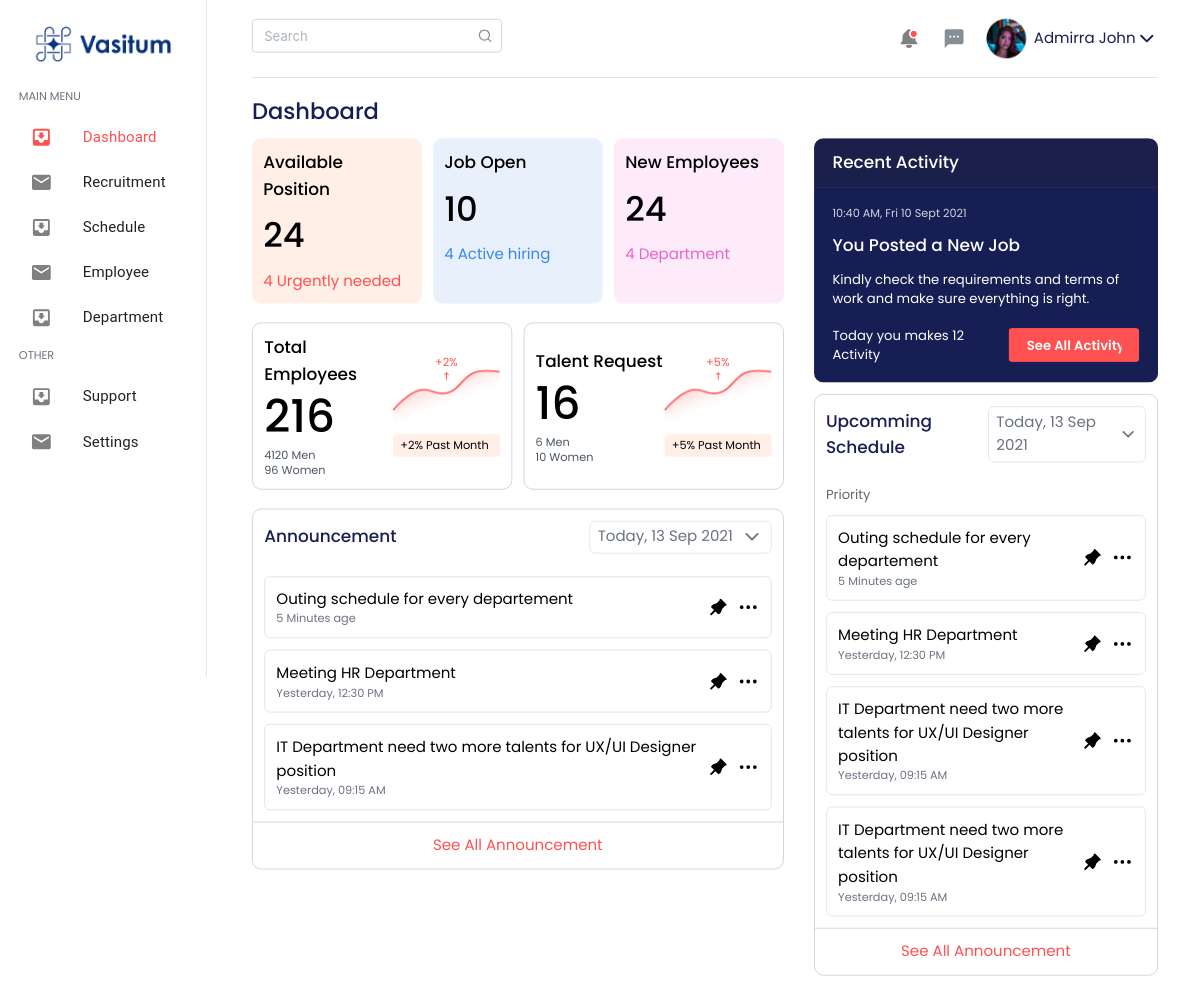
Repository: SatyaDewangan05/sample-dashboard
Page: /
These files come from the project's save history. The page is drawn as it stood at one moment and after a run of saves; the edit follows.
The browser window is 1280 px wide. The pictures show the whole page, at 94% of full size.
The project was rebuilt for these pictures with package versions that can differ from the ones it lists, and the page was loaded fresh each time. The framework's server and built-in components were replaced by stand-ins that run in the browser. Also part of the build but not shown: next.config.mjs.

Above is the page before, as saved 2024-09-22 09:19:40.

### src/app/layout.js
import localFont from "next/font/local";
import "./globals.css";
import { MantineProvider } from "@mantine/core";
import "@mantine/core/styles.css";

const geistSans = localFont({
  src: "./fonts/GeistVF.woff",
  variable: "--font-geist-sans",
  weight: "100 900",
});
const geistMono = localFont({
  src: "./fonts/GeistMonoVF.woff",
  variable: "--font-geist-mono",
  weight: "100 900",
});

import { Poppins } from "next/font/google";
const poppins = Poppins({
  weight: ["400", "500", "600", "700"], // You can choose different weights like '300', '500' etc.
  subsets: ["latin"],
});

export const metadata = {
  title: "Create Next App",
  description: "Generated by create next app",
};

export default function RootLayout({ children }) {
  return (
    <html lang="en">
      <body className={`${poppins.className} antialiased bg-white`}>
        <MantineProvider>{children}</MantineProvider>
      </body>
    </html>
  );
}

### src/app/page.jsx
"use client";

import Image from "next/image";
import MiniDrawer from "./components/Drawer";
import {
  ActionIcon,
  Anchor,
  Avatar,
  Button,
  Divider,
  Indicator,
  TextInput,
  Title,
} from "@mantine/core";
import { Search } from "lucide-react";
import {
  IconBellFilled,
  IconChevronCompactDown,
  IconChevronDown,
  IconDots,
  IconPinFilled,
} from "@tabler/icons-react";
import TextsmsIcon from "@mui/icons-material/Textsms";
import DP from "@/images/dp.png";
import ThreeData from "./components/card/ThreeData";
import DetailChart from "./components/card/DetailChart";
import Event from "./components/card/Event";

export default function Home() {
  return (
    <div className="flex">
      <MiniDrawer />
      <div className="w-full px-12">
        {/* Top Bar */}
        <div className="w-full py-5 flex justify-between">
          <TextInput placeholder="Search" rightSection={<Search size={16} />} />
          <div className="flex items-center gap-5">
            <ActionIcon
              variant="transparent"
              color="gray"
              // c="black"
              aria-label="Settings"
            >
              <Indicator color="#FF5151" offset={7} withBorder>
                <IconBellFilled color="gray" />
              </Indicator>
            </ActionIcon>
            <ActionIcon
              variant="transparent"
              color="gray"
              // c="black"
              aria-label="Settings"
            >
              <TextsmsIcon color="gray" />
            </ActionIcon>
            <div className="flex gap-2 items-center">
              <Image src={DP} />
              <Anchor
                href="https://mantine.dev/"
                target="_blank"
                underline="never"
                c="#161E54"
              >
                <div className="flex items-center">
                  Admirra John
                  <IconChevronDown />
                </div>
              </Anchor>
            </div>
          </div>
        </div>

        <Divider />

        <div className="w-full py-5">
          <p className="text-2xl font-medium text-[#161E54]">Dashboard</p>
          <div className="py-3 grid grid-cols-5 gap-8">
            <div className="col-span-3 flex flex-col gap-5">
              <div className="grid grid-cols-3 gap-3">
                <ThreeData
                  heading="Available Position"
                  figure={24}
                  text="4 Urgently needed"
                  bgColor="#FFEFE7"
                  textColor="#FF5151"
                />
                <ThreeData
                  heading="Job Open"
                  figure={10}
                  text="4 Active hiring"
                  bgColor="#E8F0FB"
                  textColor="#3786F1"
                />
                <ThreeData
                  heading="New Employees"
                  figure={24}
                  text="4 Department"
                  bgColor="#FDEBF9"
                  textColor="#EE61CF"
                />
              </div>
              <div className="grid grid-cols-2 gap-3">
                <DetailChart
                  heading="Total Employees"
                  figure={216}
                  texts={["4120 Men", "96 Women"]}
                  variation="+2%"
                />
                <DetailChart
                  heading="Talent Request"
                  figure={16}
                  texts={["6 Men", "10 Women"]}
                  variation="+5%"
                />
              </div>

              <div className="rounded-[10px] border border-gray-300">
                <div className="p-3 flex justify-between items-center">
                  <p className="text-lg font-medium text-[#161E54]">
                    Announcement
                  </p>
                  <div className="px-2 py-1 rounded-md border border-gray-200 flex items-center gap-2 text-gray-500">
                    <p>Today, 13 Sep 2021</p>
                    <IconChevronDown />
                  </div>
                </div>
                <div className="p-3 flex flex-col gap-3">
                  <Event
                    text="Outing schedule for every departement"
                    lastUpdate="5 Minutes age"
                  />
                  <Event
                    text="Meeting HR Department"
                    lastUpdate="Yesterday, 12:30 PM"
                  />
                  <Event
                    text="IT Department need two more talents for UX/UI Designer position"
                    lastUpdate="Yesterday, 09:15 AM"
                  />
                </div>
                <Divider color="#d1d5db" />
                <div className="p-3 text-[#FF5151] text-center hover:text-opacity-60 hover:cursor-pointer">
                  {" "}
                  See All Announcement
                </div>
              </div>
            </div>
            <div className="col-span-2 flex flex-col gap-3">
              <div className="rounded-[10px] overflow-hidden text-white">
                <p className="px-5 py-3 text-lg font-medium bg-[#1B204A]">
                  Recent Activity
                </p>
                <div className="p-5 bg-[#161E54]">
                  <p className="text-xs text-gray-300">
                    10:40 AM, Fri 10 Sept 2021
                  </p>
                  <p className="mt-3 text-lg font-medium">
                    You Posted a New Job
                  </p>
                  <p className="mt-3 text-sm">
                    Kindly check the requirements and terms of work and make
                    sure everything is right.
                  </p>
                  <div className="mt-5 flex justify-between items-center">
                    <p className="text-sm">Today you makes 12 Activity</p>
                    <Button color="#FF5151" c="white">
                      See All Activity
                    </Button>
                  </div>
                </div>
              </div>
              <div className="rounded-[10px] border border-gray-300">
                <div className="p-3 flex justify-between items-center">
                  <p className="text-lg font-medium text-[#161E54]">
                    Upcomming Schedule
                  </p>
                  <div className="px-2 py-1 rounded-md border border-gray-200 flex items-center gap-2 text-gray-500">
                    <p>Today, 13 Sep 2021</p>
                    <IconChevronDown />
                  </div>
                </div>
                <div className="p-3 flex flex-col gap-3">
                  <p className="text-sm text-[#686868]">Priority</p>
                  <Event
                    text="Outing schedule for every departement"
                    lastUpdate="5 Minutes age"
                  />
                  <Event
                    text="Meeting HR Department"
                    lastUpdate="Yesterday, 12:30 PM"
                  />
                  <Event
                    text="IT Department need two more talents for UX/UI Designer position"
                    lastUpdate="Yesterday, 09:15 AM"
                  />
                  <Event
                    text="IT Department need two more talents for UX/UI Designer position"
                    lastUpdate="Yesterday, 09:15 AM"
                  />
                </div>
                <Divider color="#d1d5db" />
                <div className="p-3 text-[#FF5151] text-center hover:text-opacity-60 hover:cursor-pointer">
                  {" "}
                  See All Announcement
                </div>
              </div>
            </div>
          </div>
        </div>
      </div>
    </div>
  );
}

### src/app/globals.css
@tailwind base;
@tailwind components;
@tailwind utilities;

:root {
  --background: #ffffff;
  --foreground: #171717;
}

/* @media (prefers-color-scheme: dark) {
  :root {
    --background: #0a0a0a;
    --foreground: #ededed;
  }
} */

body {
  color: var(--foreground);
  background: var(--background);
  font-family: Arial, Helvetica, sans-serif;
}

@layer utilities {
  .text-balance {
    text-wrap: balance;
  }
}

@layer base {
  :root {
    --background: 0 0% 100%;
    --foreground: 0 0% 3.9%;
    --card: 0 0% 100%;
    --card-foreground: 0 0% 3.9%;
    --popover: 0 0% 100%;
    --popover-foreground: 0 0% 3.9%;
    --primary: 0 0% 9%;
    --primary-foreground: 0 0% 98%;
    --secondary: 0 0% 96.1%;
    --secondary-foreground: 0 0% 9%;
    --muted: 0 0% 96.1%;
    --muted-foreground: 0 0% 45.1%;
    --accent: 0 0% 96.1%;
    --accent-foreground: 0 0% 9%;
    --destructive: 0 84.2% 60.2%;
    --destructive-foreground: 0 0% 98%;
    --border: 0 0% 89.8%;
    --input: 0 0% 89.8%;
    --ring: 0 0% 3.9%;
    --chart-1: 12 76% 61%;
    --chart-2: 173 58% 39%;
    --chart-3: 197 37% 24%;
    --chart-4: 43 74% 66%;
    --chart-5: 27 87% 67%;
    --radius: 0.5rem;
  }
  .dark {
    --background: 0 0% 3.9%;
    --foreground: 0 0% 98%;
    --card: 0 0% 3.9%;
    --card-foreground: 0 0% 98%;
    --popover: 0 0% 3.9%;
    --popover-foreground: 0 0% 98%;
    --primary: 0 0% 98%;
    --primary-foreground: 0 0% 9%;
    --secondary: 0 0% 14.9%;
    --secondary-foreground: 0 0% 98%;
    --muted: 0 0% 14.9%;
    --muted-foreground: 0 0% 63.9%;
    --accent: 0 0% 14.9%;
    --accent-foreground: 0 0% 98%;
    --destructive: 0 62.8% 30.6%;
    --destructive-foreground: 0 0% 98%;
    --border: 0 0% 14.9%;
    --input: 0 0% 14.9%;
    --ring: 0 0% 83.1%;
    --chart-1: 220 70% 50%;
    --chart-2: 160 60% 45%;
    --chart-3: 30 80% 55%;
    --chart-4: 280 65% 60%;
    --chart-5: 340 75% 55%;
  }
}

@layer base {
  * {
    @apply border-border;
  }
  body {
    @apply bg-background text-foreground;
  }
}

### src/app/components/Drawer.jsx
"use client";

import { styled } from "@mui/material/styles";
import MuiDrawer from "@mui/material/Drawer";
import List from "@mui/material/List";
import IconButton from "@mui/material/IconButton";
import MenuIcon from "@mui/icons-material/Menu";

import ListItem from "@mui/material/ListItem";
import ListItemButton from "@mui/material/ListItemButton";
import ListItemIcon from "@mui/material/ListItemIcon";
import ListItemText from "@mui/material/ListItemText";
import InboxIcon from "@mui/icons-material/MoveToInbox";
import MailIcon from "@mui/icons-material/Mail";
import { useState } from "react";
import Image from "next/image";

import Logo from "@/images/logo.svg";
import LogoWithName from "@/images/logo_with_name.png";

const drawerWidth = 220;

const openedMixin = (theme) => ({
  width: drawerWidth,
  transition: theme.transitions.create("width", {
    easing: theme.transitions.easing.sharp,
    duration: theme.transitions.duration.enteringScreen,
  }),
  overflowX: "hidden",
});

const closedMixin = (theme) => ({
  transition: theme.transitions.create("width", {
    easing: theme.transitions.easing.sharp,
    duration: theme.transitions.duration.leavingScreen,
  }),
  overflowX: "hidden",
  width: "80px",
  [theme.breakpoints.up("sm")]: {
    width: "80px",
  },
});

const DrawerHeader = styled("div")(({ theme }) => ({
  display: "flex",
  alignItems: "center",
  justifyContent: "center",
  padding: "20px",
  // necessary for content to be below app bar
  ...theme.mixins.toolbar,
}));

const Drawer = styled(MuiDrawer, {
  shouldForwardProp: (prop) => prop !== "open",
})(({ theme }) => ({
  width: drawerWidth,
  flexShrink: 0,
  whiteSpace: "nowrap",
  boxSizing: "border-box",
  variants: [
    {
      props: ({ open }) => open,
      style: {
        ...openedMixin(theme),
        "& .MuiDrawer-paper": openedMixin(theme),
      },
    },
    {
      props: ({ open }) => !open,
      style: {
        ...closedMixin(theme),
        "& .MuiDrawer-paper": closedMixin(theme),
      },
    },
  ],
}));

export default function MiniDrawer() {
  const [open, setOpen] = useState(true);

  const [active, setActive] = useState("Dashboard");

  return (
    <Drawer variant="permanent" open={open}>
      <DrawerHeader>
        <IconButton onClick={() => setOpen((prevState) => !prevState)}>
          {open ? (
            <Image src={LogoWithName} alt="Images" />
          ) : (
            <Image className="mx-auto" src={Logo} alt="Images" />
          )}
        </IconButton>
      </DrawerHeader>
      <p
        className={`h-5 uppercase text-xs  text-gray-500 ${
          open ? "pl-5" : "text-center"
        }`}
      >
        Main Menu
      </p>
      <List>
        {["Dashboard", "Recruitment", "Schedule", "Employee", "Department"].map(
          (text, index) => (
            <ListItem key={text} disablePadding sx={{ display: "block" }}>
              <ListItemButton
                sx={[
                  {
                    minHeight: 48,
                    px: 2,
                    color: active === text ? "#FF5151" : "unset",
                  },
                  open
                    ? {
                        justifyContent: "initial",
                      }
                    : {
                        justifyContent: "center",
                      },
                ]}
                onClick={() => setActive(text)}
              >
                <ListItemIcon
                  sx={[
                    {
                      //   minWidth: 0,
                      justifyContent: "center",
                      color: active === text ? "#FF5151" : "gray",
                    },
                    open
                      ? {
                          mr: 2,
                        }
                      : {
                          mx: "auto",
                        },
                  ]}
                >
                  {index % 2 === 0 ? <InboxIcon /> : <MailIcon />}
                </ListItemIcon>
                <ListItemText
                  primary={text}
                  sx={[
                    open
                      ? {
                          opacity: 1,
                        }
                      : {
                          opacity: 0,
                        },
                  ]}
                />
              </ListItemButton>
            </ListItem>
          )
        )}
      </List>
      <p
        className={`h-5 uppercase text-xs text-gray-500 ${
          open ? " pl-5" : "text-center"
        }`}
      >
        Other
      </p>
      <List>
        {["Support", "Settings"].map((text, index) => (
          <ListItem key={text} disablePadding sx={{ display: "block" }}>
            <ListItemButton
              sx={[
                {
                  minHeight: 48,
                  px: 2,
                },
                open
                  ? {
                      justifyContent: "initial",
                    }
                  : {
                      justifyContent: "center",
                    },
              ]}
              onClick={() => setActive(text)}
            >
              <ListItemIcon
                sx={[
                  {
                    justifyContent: "center",
                    color: active === text ? "#FF5151" : "gray",
                  },
                  open
                    ? {
                        mr: 2,
                      }
                    : {
                        mx: "auto",
                      },
                ]}
              >
                {index % 2 === 0 ? <InboxIcon /> : <MailIcon />}
              </ListItemIcon>
              <ListItemText
                primary={text}
                sx={[
                  open
                    ? {
                        opacity: 1,
                      }
                    : {
                        opacity: 0,
                      },
                ]}
              />
            </ListItemButton>
          </ListItem>
        ))}
      </List>
    </Drawer>
  );
}

### src/app/components/card/ThreeData.jsx
const ThreeData = ({ heading, figure, text, bgColor, textColor }) => {
  return (
    <div
      className="p-3 rounded-[10px] flex flex-col gap-2"
      style={{ backgroundColor: bgColor ? bgColor : "gray" }}
    >
      <p className="text-lg font-medium">{heading}</p>
      <p className="text-[36px] font-medium">{figure}</p>
      <p
        className="text-base"
        style={{ color: textColor ? textColor : "white" }}
      >
        {text}
      </p>
    </div>
  );
};

export default ThreeData;

### src/app/components/card/DetailChart.jsx
import Image from "next/image";
import Graph from "@/images/graph.png";
import GraphLine from "@/images/graph-line.png";
import UpArrow from "@/images/up-arrow.png";

const DetailChart = ({ heading, figure, texts, variation }) => {
  return (
    <div className="p-3 rounded-[10px] border border-gray-300 flex justify-between items-center">
      <div className="flex flex-col gap-2">
        <p className="text-lg font-medium">{heading}</p>
        <p className="text-5xl font-medium">{figure}</p>
        <div>
          {Array.isArray(texts)
            ? texts.map((text, index) => (
                <p key={index} className="text-xs text-gray-600">
                  {text}
                </p>
              ))
            : null}
        </div>
      </div>
      <div className="flex flex-col justify-center">
        <div className="flex flex-col  items-center">
          <p className="text-xs text-[#FF5151] text-center">{variation}</p>
          <div className="h-[69px] w-[114px] relative">
            <Image
              src={UpArrow}
              className="absolute -top-[2px] left-1/2 -translate-x-1/2 z-30"
            />
            <Image src={GraphLine} className="absolute top-0 z-30" />
            <Image src={Graph} className="absolute top-0 z-30" />
          </div>
        </div>
        <div className="px-2 py-1 text-xs rounded bg-[#FFEFE7]">
          {variation} Past Month
        </div>
      </div>
    </div>
  );
};

export default DetailChart;

### src/app/components/card/Event.jsx
import { IconDots, IconPinFilled } from "@tabler/icons-react";
import { useState } from "react";

const Event = ({ text, lastUpdate }) => {
  const [pinned, setPinned] = useState(false);
  return (
    <div className="w-full p-3 rounded-md border flex justify-between items-center">
      <div>
        <p>{text}</p>
        <p className="text-xs text-gray-500">{lastUpdate}</p>
      </div>
      <div className="flex gap-2 items-center">
        <IconPinFilled
          color={pinned ? "gray" : "unset"}
          className="hover:cursor-pointer"
          onClick={() => setPinned((prevState) => !prevState)}
        />
        <IconDots />
      </div>
    </div>
  );
};

export default Event;

Loaded but not shown: tailwind.config.js (common file)

After the next 2 saves:
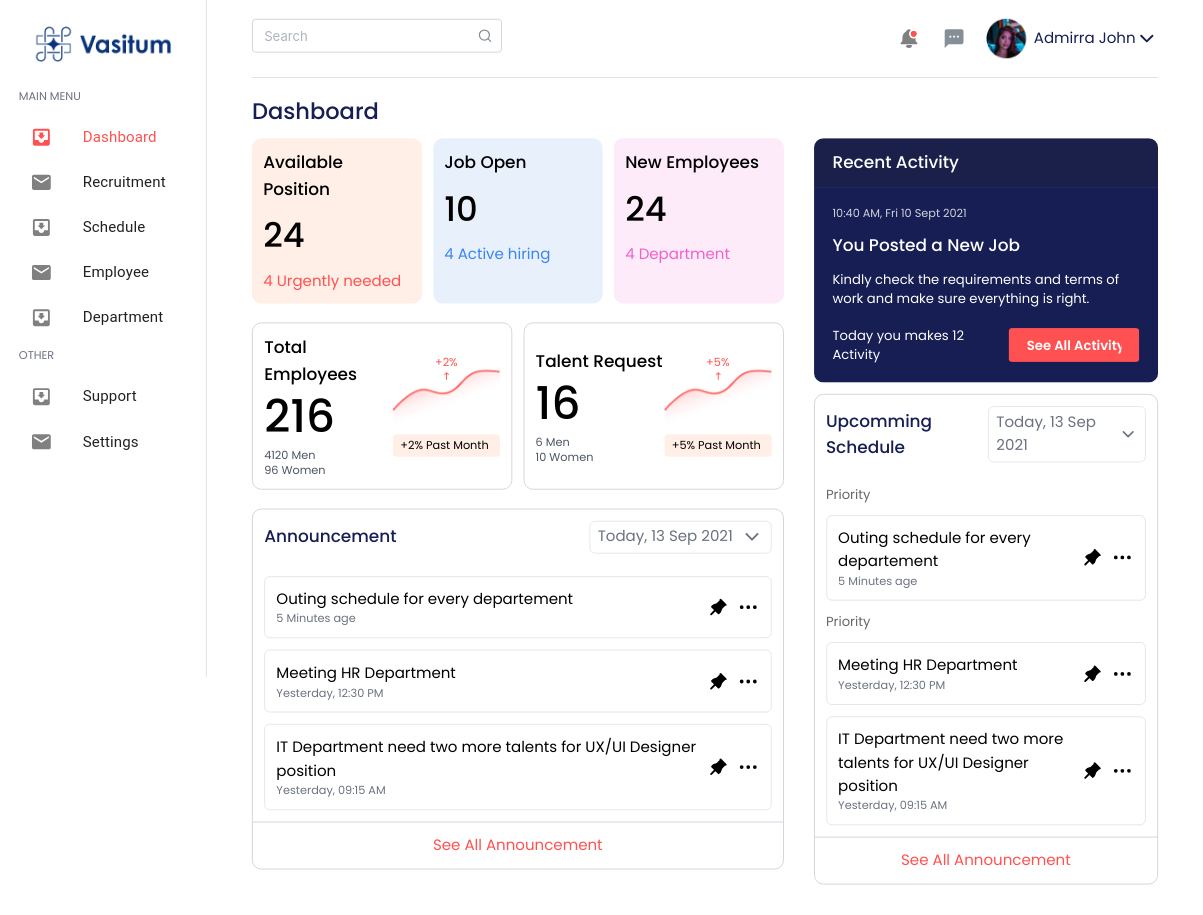
The 2 saves are shown as one change because they came seconds apart.
The last was saved 12 s later.
--- a/src/app/page.jsx
+++ b/src/app/page.jsx
@@ -185,13 +185,10 @@ export default function Home() {
                     text="Outing schedule for every departement"
                     lastUpdate="5 Minutes age"
                   />
+                  <p className="text-sm text-[#686868]">Priority</p>
                   <Event
                     text="Meeting HR Department"
                     lastUpdate="Yesterday, 12:30 PM"
-                  />
-                  <Event
-                    text="IT Department need two more talents for UX/UI Designer position"
-                    lastUpdate="Yesterday, 09:15 AM"
                   />
                   <Event
                     text="IT Department need two more talents for UX/UI Designer position"
